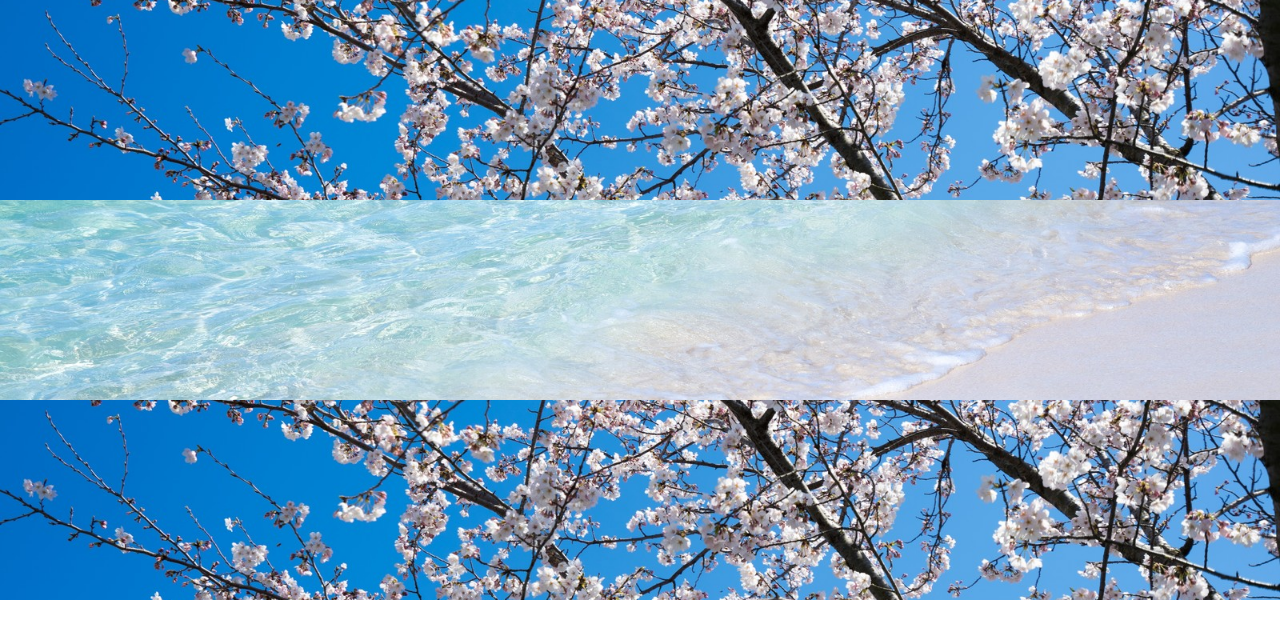
Repository: takuto27/ouyou
Page: chapter6_exercise/ensyu6.html
The author's editor kept a record of every edit. The page is drawn from the files as they stood at one moment, then again after the next edit.
The browser window is 1280 px wide. The pictures show the whole page.

Above is the page before.

### chapter6_exercise/ensyu6.html
<!DOCTYPE>
<html lang="ja">
  <head>
    <meta charset="UTF-8" />
    <title>演習６</title>
    <link rel="stylesheet" href="ensyu6.css" />
  </head>

  <body>
    <div class="box1"></div>
    <div class="box2"></div>
    <div class="box3"></div>
    <div class="box4"></div>
  </body>
</html>

### chapter6_exercise/ensyu6.css
*{
  margin: 0;
  padding: 0;
  box-sizing: border-box;
  color: #6c6b6b;
}
.box1 {
  height: 200px;
  background-image: url(box1.jpg);
  background-size: cover;
  background-position: center
}
.box2 {
  height: 200px;
  background-image: url(box2.jpg);
  background-size: cover;
  background-position: center
}
.box3 {
  height: 200px;
  background-image: url(box1.jpg);
  background-size: cover;
  background-position: center
}
.box1 {
  height: 200px;
  background-image: url(box1.jpg);
  background-size: cover;
  background-position: center
}

After the next edit:
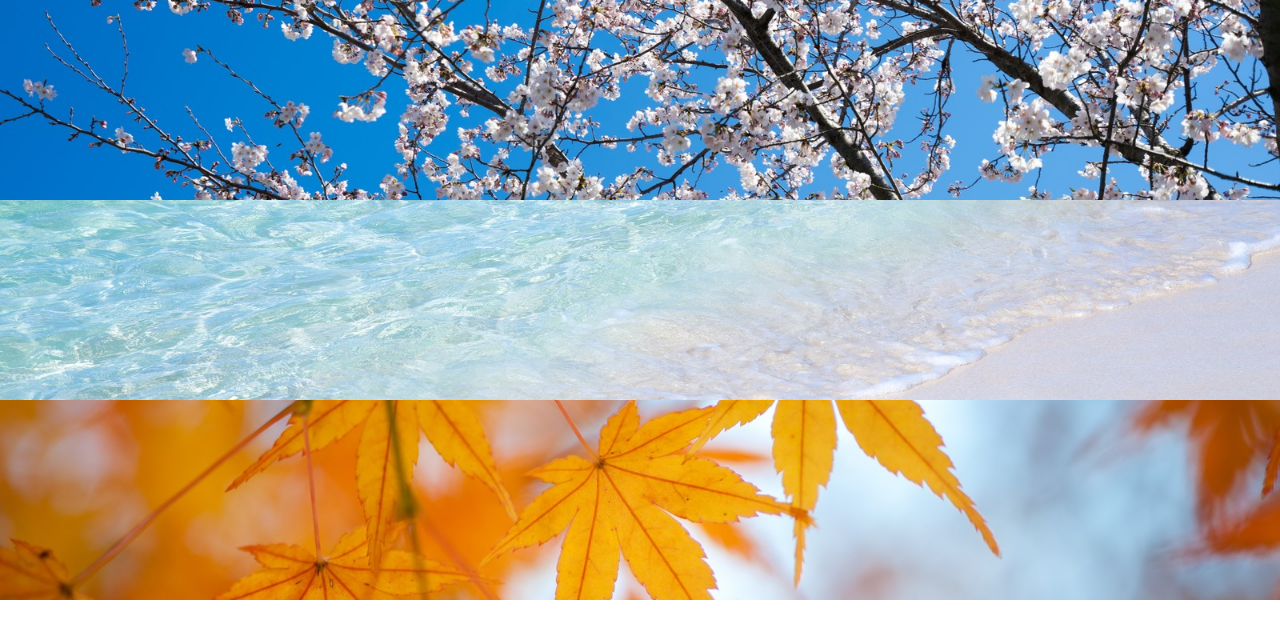
The edit:
--- a/chapter6_exercise/ensyu6.css
+++ b/chapter6_exercise/ensyu6.css
@@ -18,7 +18,7 @@
 }
 .box3 {
   height: 200px;
-  background-image: url(box1.jpg);
+  background-image: url(box3.jpg);
   background-size: cover;
   background-position: center
 }
